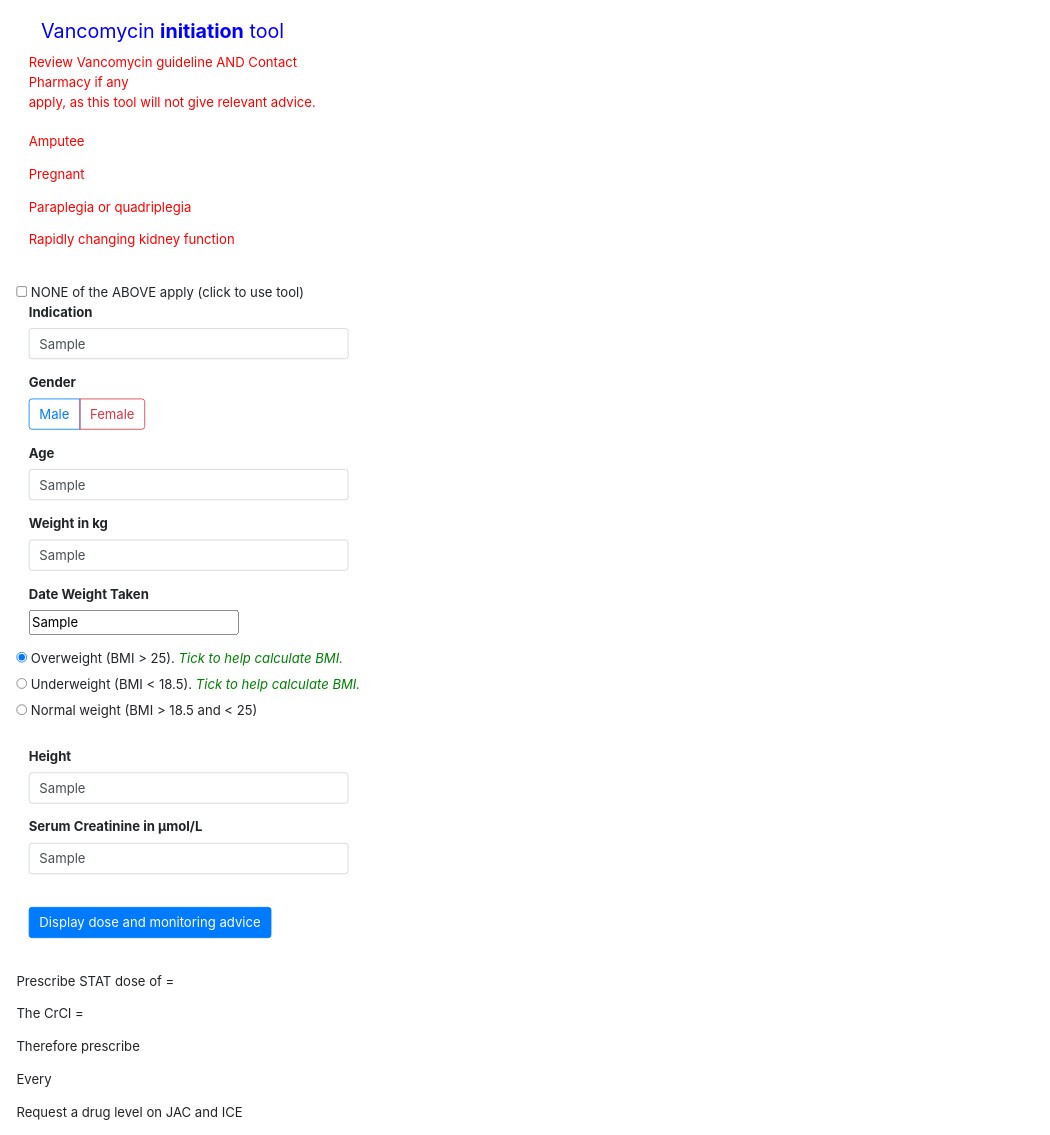
Repository: Mismiles/project-clinical-calculator
Page: index.html
The author's editor kept a record of every edit. The page is drawn from the files as they stood at one moment, then again after the next edit.
The browser window is 1280 px wide. The pictures show the whole page, at 82% of full size.
Empty fields were first filled with sample values (such as "Sample", 5 or name@example.com).
After loading, the first visible `#overweight` was clicked once.

Above is the page before.
Console error: ReferenceError: checkbox is not defined

After the next edit:
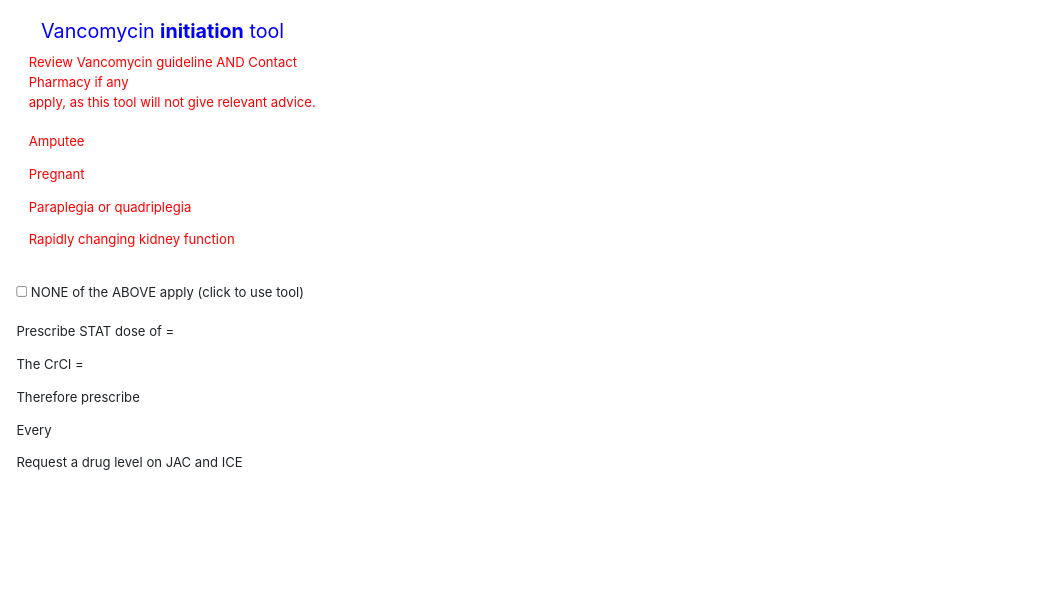
The error is gone.
The edit:
--- a/js/calculation.js
+++ b/js/calculation.js
@@ -24,7 +24,7 @@
     function displayHeight() {
         var underWeight = document.getElementById('showform');
         var overWeight = document.getElementById('vancform');
-        if (checkbox.checked) {
+        if (underWeight.checked) {
             vancform.style.display = 'block';
         } else {
             vancform.style.display = 'none';
